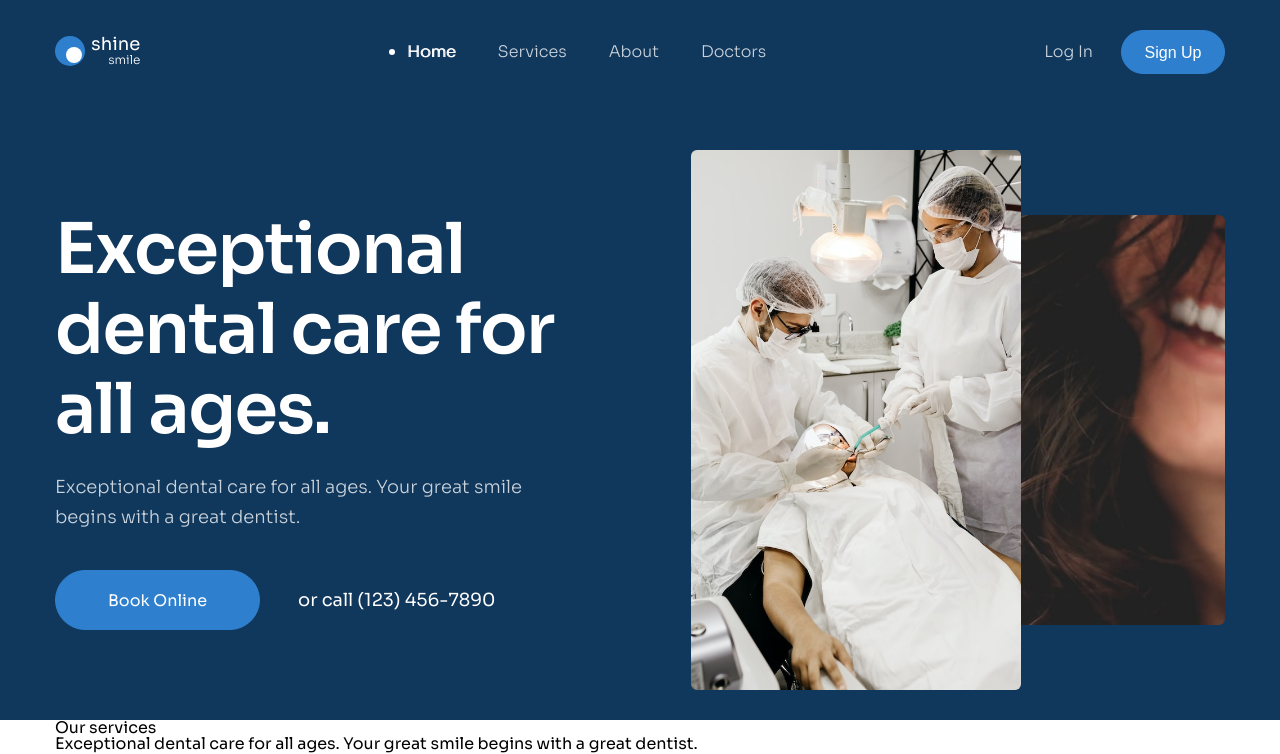
Repository: anhtien111198/f8-htmlcss-03
Page: index.html
The author's editor kept a copy of each file at every save. The page is drawn from the files as they stood at one save, then again after the next save.
The browser window is 1280 px wide. The pictures show the whole page.

Above is the page before, as saved 2023-05-12 16:09:13.

After the next save:
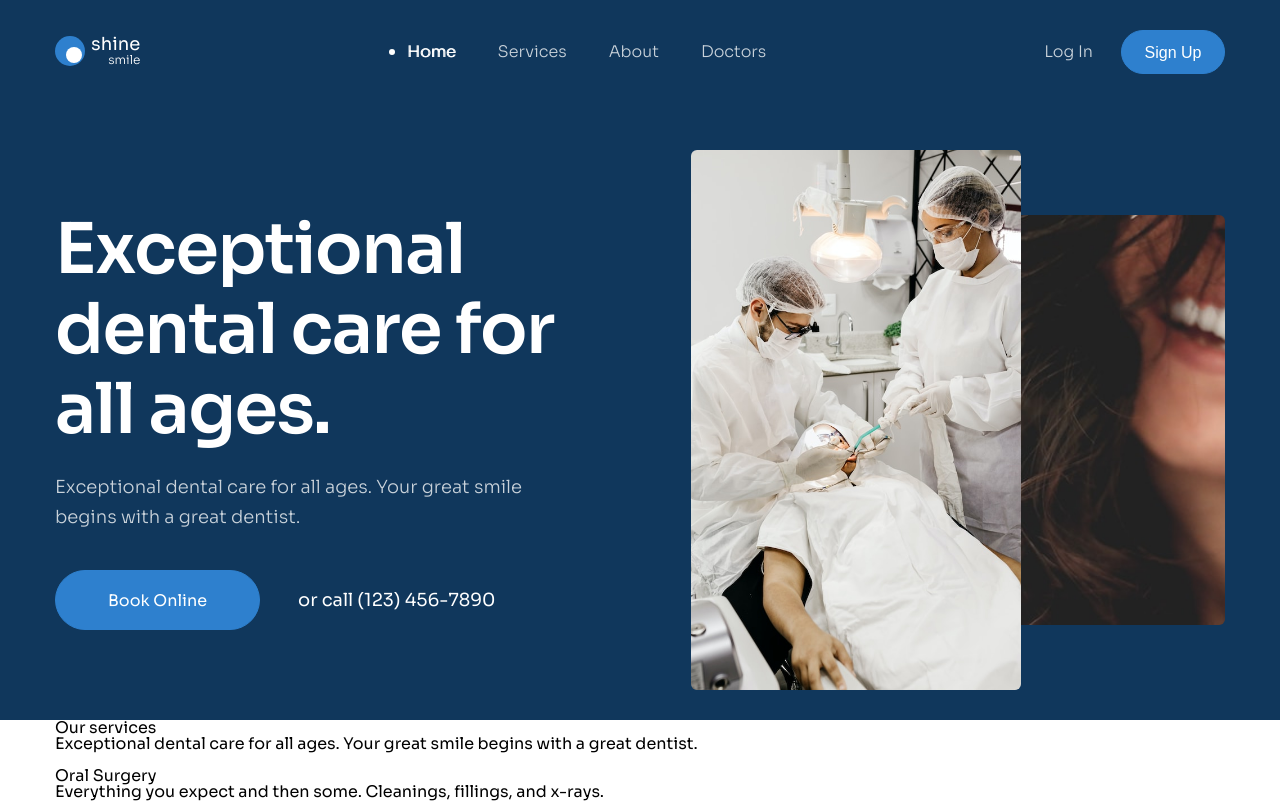
Saved 7 min 33 s later.
--- a/index.html
+++ b/index.html
@@ -185,6 +185,25 @@
                         Exceptional dental care for all ages. Your great smile
                         begins with a great dentist.
                     </p>
+                    <div class="service-row">
+                        <figure class="service__images">
+                            <img src="" alt="" class="service__img" />
+                        </figure>
+                        <div class="service__list">
+                            <section class="service-item">
+                                <div class="service-item__icon-wrap"></div>
+                                <div class="service-item__body">
+                                    <h3 class="service-item__heading">
+                                        Oral Surgery
+                                    </h3>
+                                    <p class="service-item__desc">
+                                        Everything you expect and then some.
+                                        Cleanings, fillings, and x-rays.
+                                    </p>
+                                </div>
+                            </section>
+                        </div>
+                    </div>
                 </div>
             </section>
         </main>
